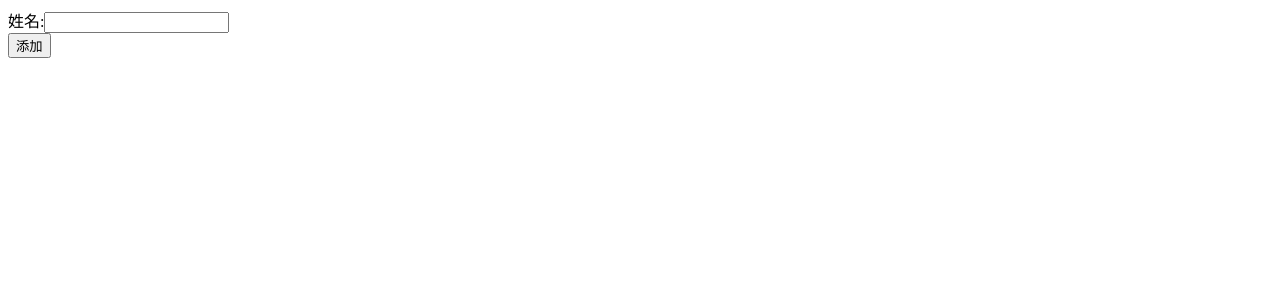
Repository: Matty-GCU/MyEclipse
Page: Java_Web_Learning/WebRoot/chapter06_JSP&JDBC/homework/updatePage.html
These files come from the project's save history. The page is drawn as it stood at one moment and after the next save; the edit follows.
The browser window is 1280 px wide. The pictures show the whole page.

Above is the page before, as saved 2021-10-16 09:58:48.

After the next save:
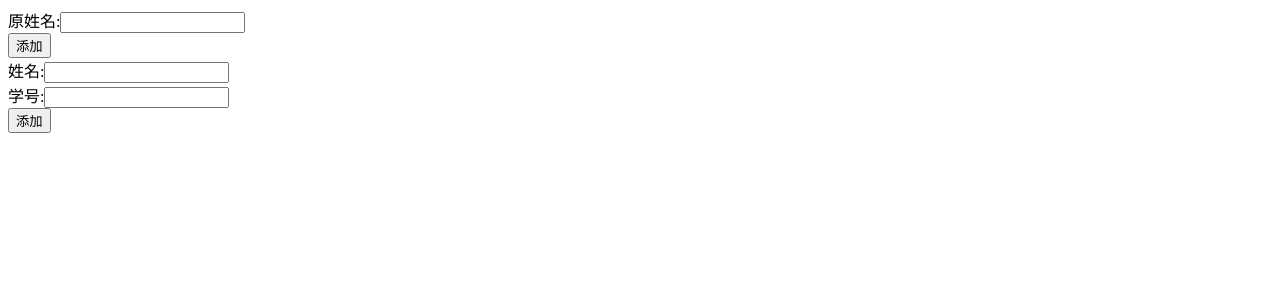
Saved 17 s later.
--- a/Java_Web_Learning/WebRoot/chapter06_JSP&JDBC/homework/updatePage.html
+++ b/Java_Web_Learning/WebRoot/chapter06_JSP&JDBC/homework/updatePage.html
@@ -6,7 +6,12 @@
 	</head>
 	<body>
 		<form action="insert.jsp">
+			原姓名:<input type="text" name="name"><br>
+			<input type="submit" value="添加">
+		</form>
+		<form action="insert.jsp">
 			姓名:<input type="text" name="name"><br>
+			学号:<input type="text" name="id"><br>
 			<input type="submit" value="添加">
 		</form>
 	</body>
